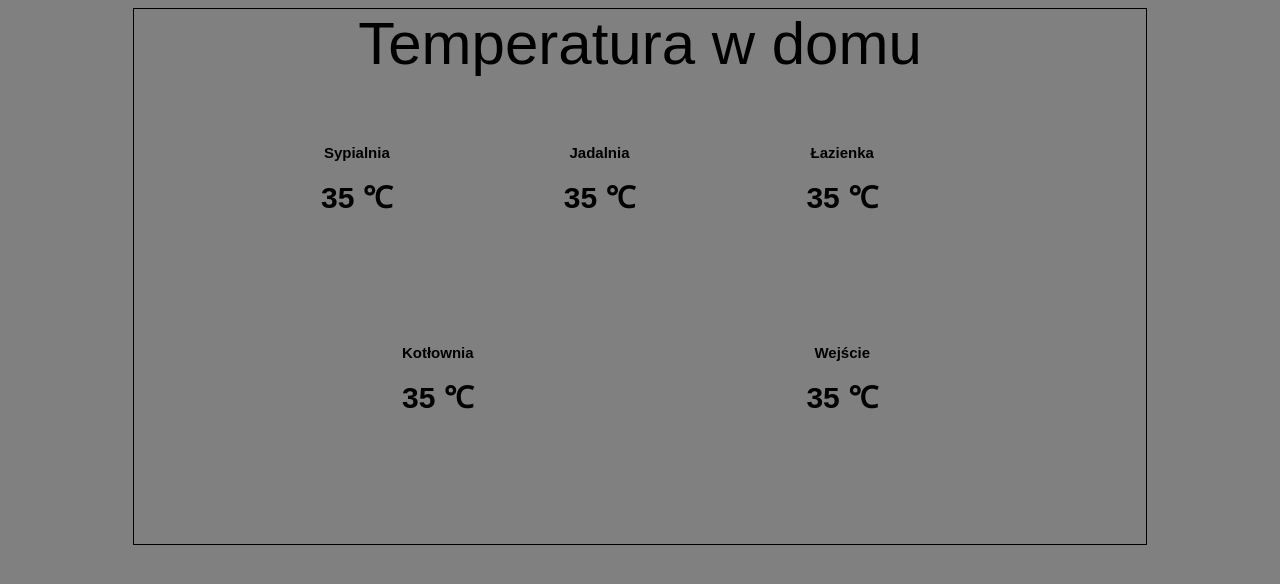
Repository: findryDev/flaskRestAPI
Page: templates/homeTemperature.html
These files come from the project's save history. The page is drawn as it stood at one moment and after the next save; the edit follows.
The browser window is 1280 px wide. The pictures show the whole page.
Some web fonts or font styles are not loaded; a fallback is used. The template is drawn by Flask 3. The application's start-up code is not run. Other server files are loaded and not shown. The template is opened directly, without the code that normally fills it, so the values that code supplies are empty.

Above is the page before, as saved 2021-04-26 09:07:45.

### templates/homeTemperature.html
<!DOCTYPE html>
<html lang="pl">
<head>
    <meta charset="UTF-8">
    <meta http-equiv="X-UA-Compatible" content="IE=edge">
    <meta name="viewport" content="width=device-width, initial-scale=1.0">
    <!-- <meta http-equiv="refresh" content="5;url=/web/COtemperature">-->
    <link rel="stylesheet" href="{{ url_for('static', filename='style.css') }}"\>
    <link rel="stylesheet" href="{{ url_for('static', filename='fontello.css') }}"\>
    <link rel="preconnect" href="https://fonts.gstatic.com"\>
    <link href="https://fonts.googleapis.com/css2?family=Ubuntu:wght@400;700&display=swap" rel="stylesheet"\>
    <title>Home temperature</title>

</head>
<body>
    <div class="container">
        <div class="title">Temperatura w domu</div>
        <div class="main">
            <div class="inHomeTempR1">
                <div class="name">Sypialnia</div>
                <div class="value">35 <span>&#8451;</span></div>
            </div>
            <div class="inHomeTempR1">
                <div class="name">Jadalnia</div>
                <div class="value">35 <span>&#8451;</span></div>
            </div>
            <div class="inHomeTempR1">
                <div class="name">Łazienka</div>
                <div class="value">35 <span>&#8451;</span></div>
            </div>
            <div style="clear:both"></div>
            <div class="inHomeTempR2">
                <div class="name">Kotłownia</div>
                <div class="value">35 <span>&#8451;</span></div>
            </div>
            <div class="inHomeTempR2">
                <div class="name">Wejście</div>
                <div class="value">35 <span>&#8451;</span></div>
            </div>
            <div style="clear:both"></div>

        </div>
    </div>
</body>
</html>

### static/style.css
body{
    background-color: gray;
    color: black;
    font-family: 'Ubuntu', sans-serif;
    min-width: 800px;
  }



.container{
    width: 80%;
    height: 80%;
    margin-right: auto;
    margin-left: auto;
    border: solid 1px;
  }

.title{
    width: 100%;
    height: 65px;
    text-align: center;
    font-size: 60px;
    margin-bottom: 70px;
  }

.main{
    width: 80%;
    height: 80%;
    margin-right: auto;
    margin-left: auto;

}
.temperatureList{
  float: left;
}

.squerTemp{
  float: left;
  width: 25%;
  height: 80%;
  text-align: center;
}

.squerTempTitle{
  width: 100%;
  height: 50%;
  font-weight: bold;
}

.squerTempCont{
  width: 100%;
  height: 50%;
  padding-top: 0%;
}

.inHomeTempR1{
  width: 30%;
  height: 200px;
  text-align: center;
  float: left;
}

.inHomeTempR2{
  width: 50%;
  height: 200px;
  text-align: center;
  float: left;
}

.name{
  font-weight: bold;
  font-size: 15px;
  margin-bottom: 15px;
}

.value{
  font-weight: bold;
  font-size: 30px;
}

#plot
  {
    width: 90%;
  }

### static/fontello.css
@font-face {
  font-family: 'fontello';
  src: url('font/fontello.eot?22815691');
  src: url('font/fontello.eot?22815691#iefix') format('embedded-opentype'),
       url('font/fontello.woff2?22815691') format('woff2'),
       url('font/fontello.woff?22815691') format('woff'),
       url('font/fontello.ttf?22815691') format('truetype'),
       url('font/fontello.svg?22815691#fontello') format('svg');
  font-weight: normal;
  font-style: normal;
}
/* Chrome hack: SVG is rendered more smooth in Windozze. 100% magic, uncomment if you need it. */
/* Note, that will break hinting! In other OS-es font will be not as sharp as it could be */
/*
@media screen and (-webkit-min-device-pixel-ratio:0) {
  @font-face {
    font-family: 'fontello';
    src: url('../font/fontello.svg?22815691#fontello') format('svg');
  }
}
*/

 [class^="icon-"]:before, [class*=" icon-"]:before {
  font-family: "fontello";
  font-style: normal;
  font-weight: normal;
  speak: never;

  display: inline-block;
  text-decoration: inherit;
  width: 1em;
  margin-right: .2em;
  text-align: center;
  /* opacity: .8; */

  /* For safety - reset parent styles, that can break glyph codes*/
  font-variant: normal;
  text-transform: none;

  /* fix buttons height, for twitter bootstrap */
  line-height: 1em;

  /* Animation center compensation - margins should be symmetric */
  /* remove if not needed */
  margin-left: .2em;

  /* you can be more comfortable with increased icons size */
  /* font-size: 120%; */

  /* Font smoothing. That was taken from TWBS */
  -webkit-font-smoothing: antialiased;
  -moz-osx-font-smoothing: grayscale;

  /* Uncomment for 3D effect */
  /* text-shadow: 1px 1px 1px rgba(127, 127, 127, 0.3); */
}

.icon-thermometer:before { content: '\f2c7'; } /* '' */

After the next save:
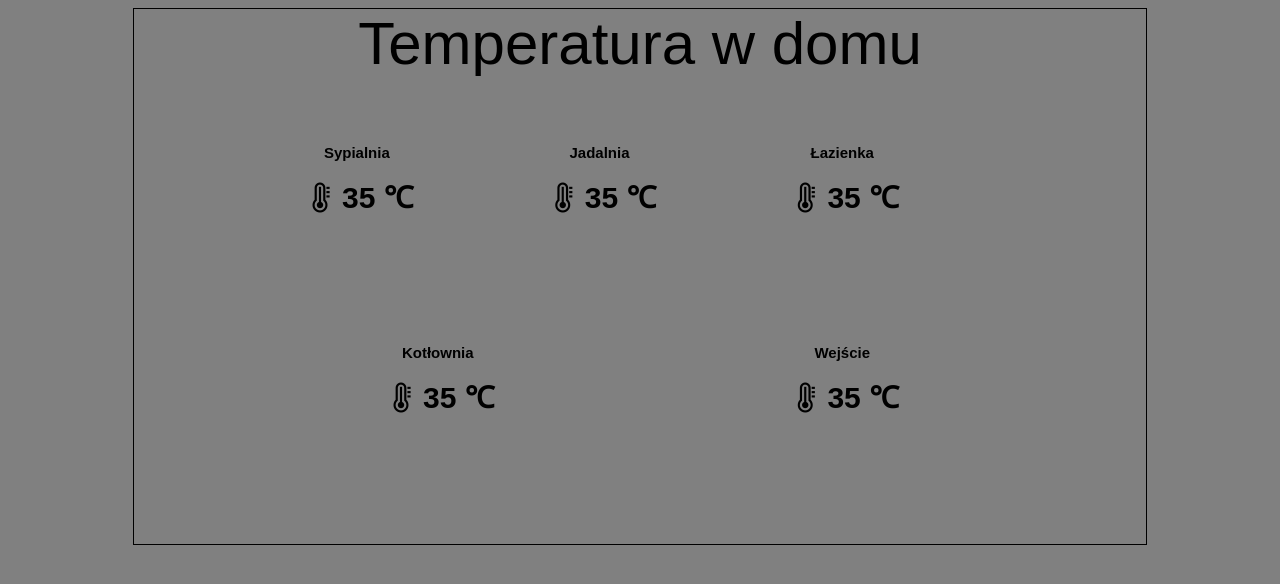
Saved 81 s later.
--- a/templates/homeTemperature.html
+++ b/templates/homeTemperature.html
@@ -18,24 +18,24 @@
         <div class="main">
             <div class="inHomeTempR1">
                 <div class="name">Sypialnia</div>
-                <div class="value">35 <span>&#8451;</span></div>
+                <div class="value"><i class="icon-thermometer"></i>35 <span>&#8451;</span></div>
             </div>
             <div class="inHomeTempR1">
                 <div class="name">Jadalnia</div>
-                <div class="value">35 <span>&#8451;</span></div>
+                <div class="value"><i class="icon-thermometer"></i>35 <span>&#8451;</span></div>
             </div>
             <div class="inHomeTempR1">
                 <div class="name">Łazienka</div>
-                <div class="value">35 <span>&#8451;</span></div>
+                <div class="value"><i class="icon-thermometer"></i>35 <span>&#8451;</span></div>
             </div>
             <div style="clear:both"></div>
             <div class="inHomeTempR2">
                 <div class="name">Kotłownia</div>
-                <div class="value">35 <span>&#8451;</span></div>
+                <div class="value"><i class="icon-thermometer"></i>35 <span>&#8451;</span></div>
             </div>
             <div class="inHomeTempR2">
                 <div class="name">Wejście</div>
-                <div class="value">35 <span>&#8451;</span></div>
+                <div class="value"><i class="icon-thermometer"></i>35 <span>&#8451;</span></div>
             </div>
             <div style="clear:both"></div>
 
